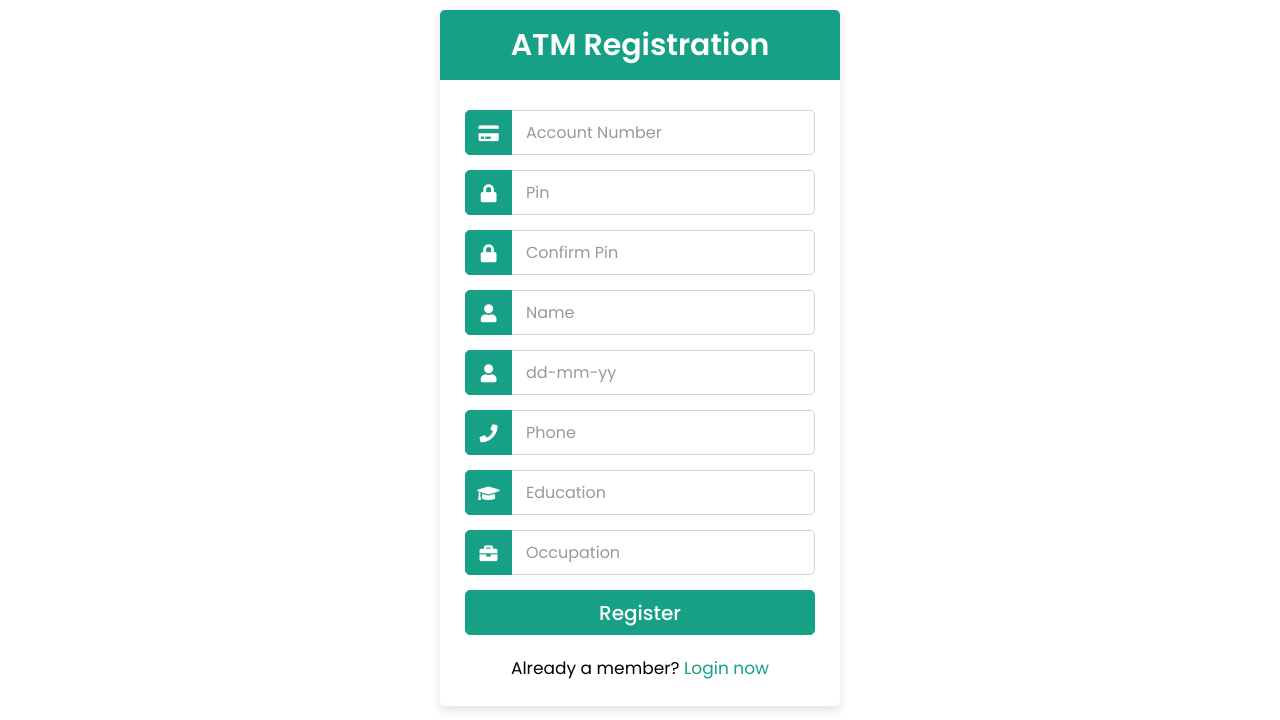
Repository: MounishaMounika/OIBSIP_Java_Programming
Page: http://localhost/ATM_Interface/register.jsp
An editor plug-in stored every save of this project. The page is shown before and after the next save, followed by the edit.
The browser window is 1280 px wide. The pictures show the whole page.
The page is served by Tomcat 9.

Above is the page before, as saved 2023-06-05 12:53:39.

After the next save:
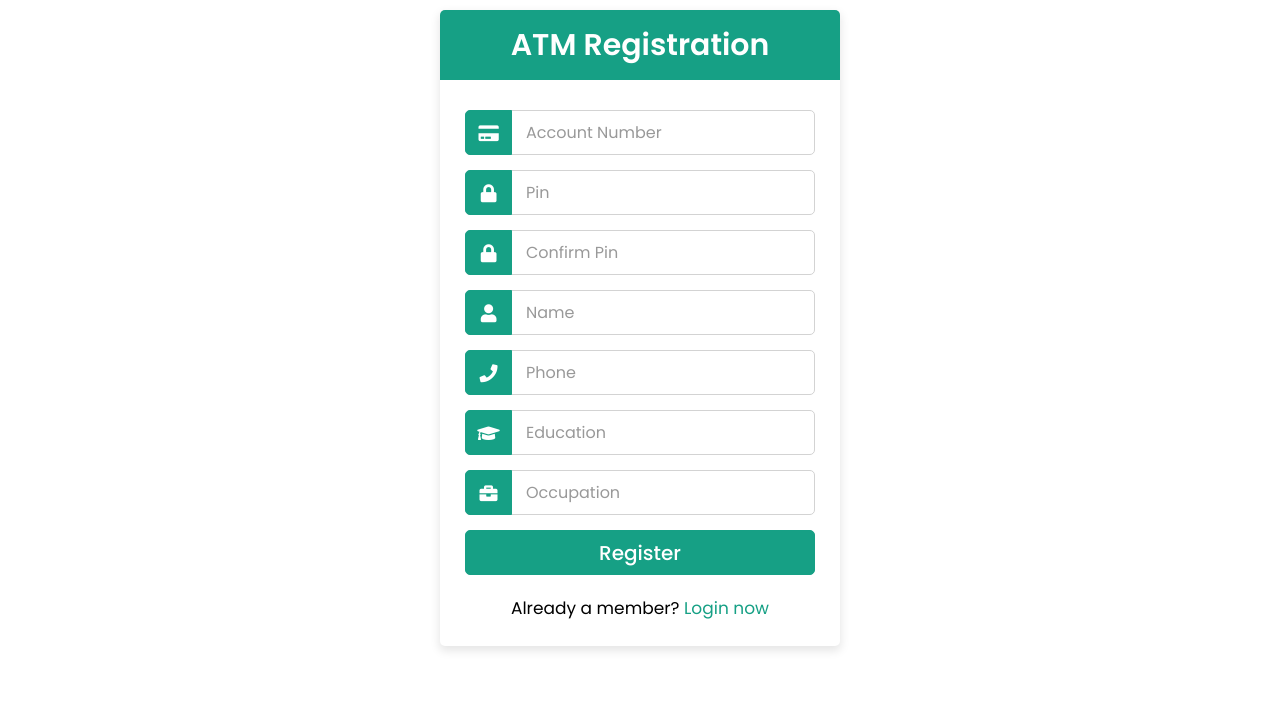
Saved 19 h 50 min later.
--- a/Task3_ATM_Interface/ATM_Interface/src/main/webapp/register.jsp
+++ b/Task3_ATM_Interface/ATM_Interface/src/main/webapp/register.jsp
@@ -38,10 +38,10 @@
             <i class="fas fa-user"></i>
             <input type="text" name="name" placeholder="Name" required>
           </div>
-           <div class="row">
+          <!--<div class="row">
             <i class="fas fa-user"></i>
             <input type="text" name="DOB" placeholder="dd-mm-yy" required>
-          </div>
+          </div>  -->
            <div class="row">
             <i class="fas fa-phone"></i>
             <input type="text" name="phone" placeholder="Phone" required>
